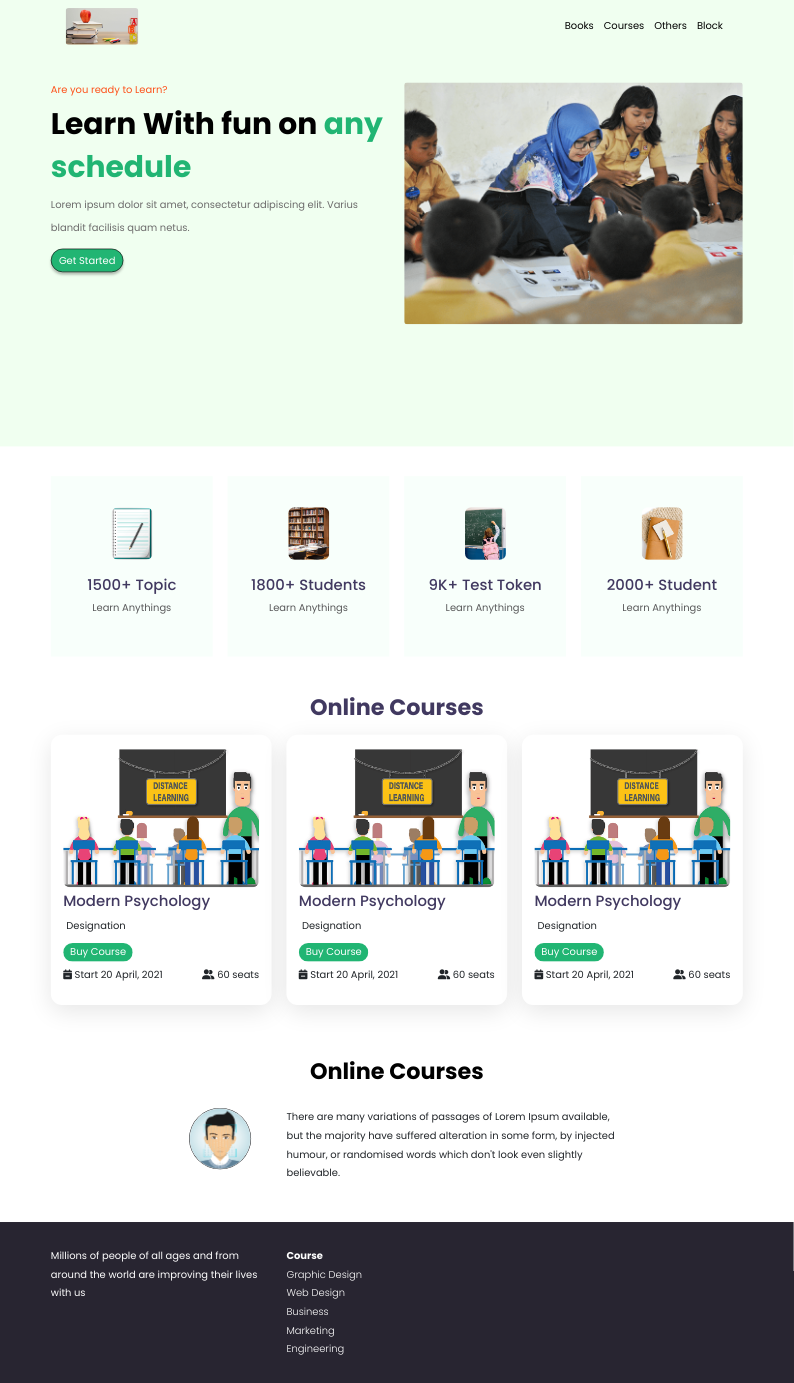
Repository: zjria/Figma-to-E-school
Page: index.html
These files come from the project's save history. The page is drawn as it stood at one moment and after the next save; the edit follows.
The browser window is 1280 px wide. The pictures show the whole page, at 62% of full size.
Some web libraries are served in a nearby version.

Above is the page before, as saved 2022-05-07 09:15:08.

After the next save:
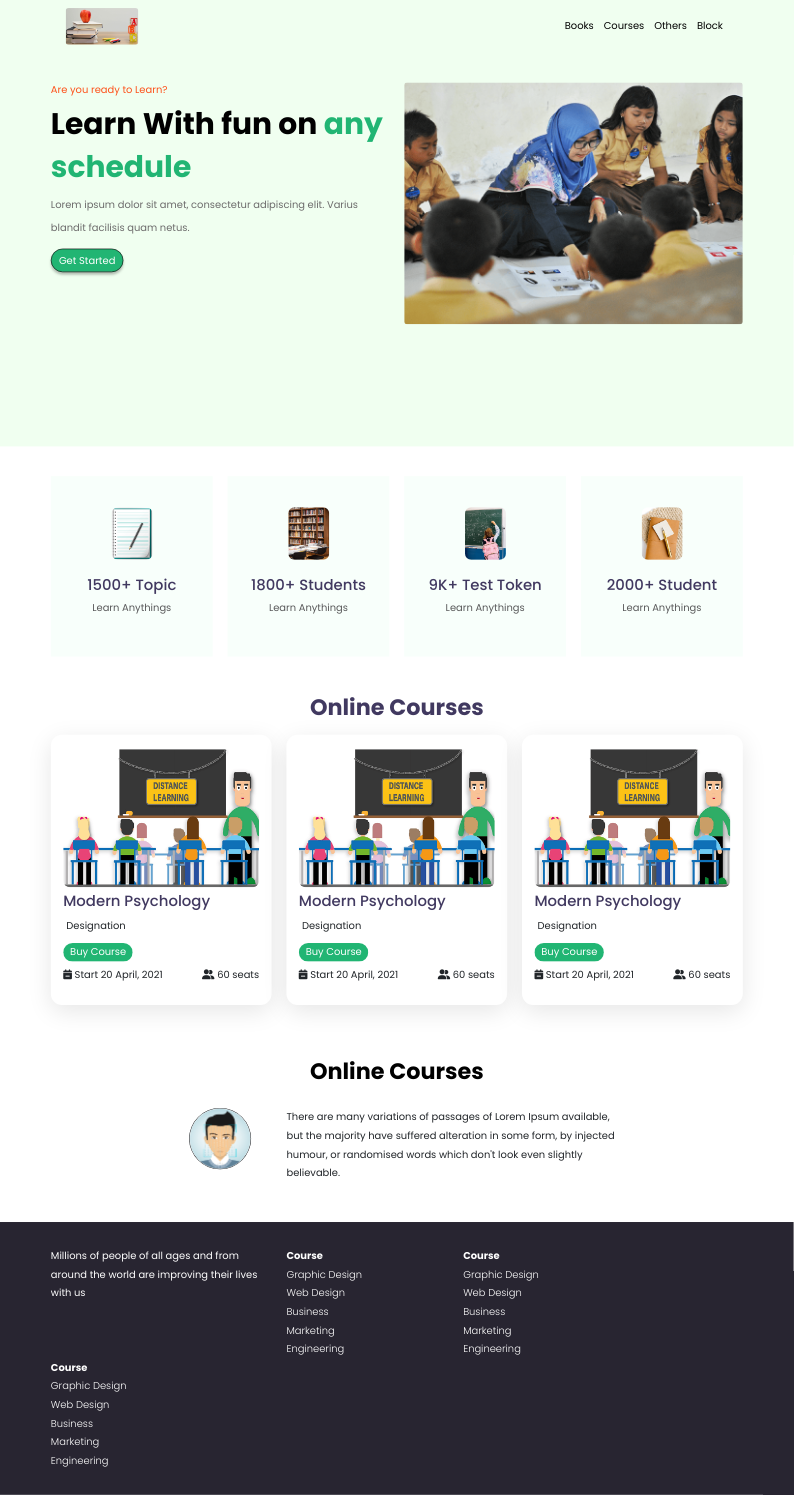
Saved 109 s later.
--- a/index.html
+++ b/index.html
@@ -186,7 +186,7 @@
                 the world are improving their lives with us</p>
             </div>
           </div>
-          <div class="col-md-4">
+          <div class="col-md-3">
             <div class="footer-course">
               <ul>
                 <li>Course</li>
@@ -198,7 +198,30 @@
               </ul>
             </div>
           </div>
-          <div class="col-md-4"></div>
+          <div class="col-md-3">
+            <div class="footer-course">
+              <ul>
+                <li>Course</li>
+                <li>Graphic Design</li>
+                <li>Web Design</li>
+                <li>Business</li>
+                <li>Marketing</li>
+                <li>Engineering</li>
+              </ul>
+            </div>
+          </div>
+          <div class="col-md-3">
+            <div class="footer-course">
+              <ul>
+                <li>Course</li>
+                <li>Graphic Design</li>
+                <li>Web Design</li>
+                <li>Business</li>
+                <li>Marketing</li>
+                <li>Engineering</li>
+              </ul>
+            </div>
+          </div>
         </div>
       </div>
     </footer>
